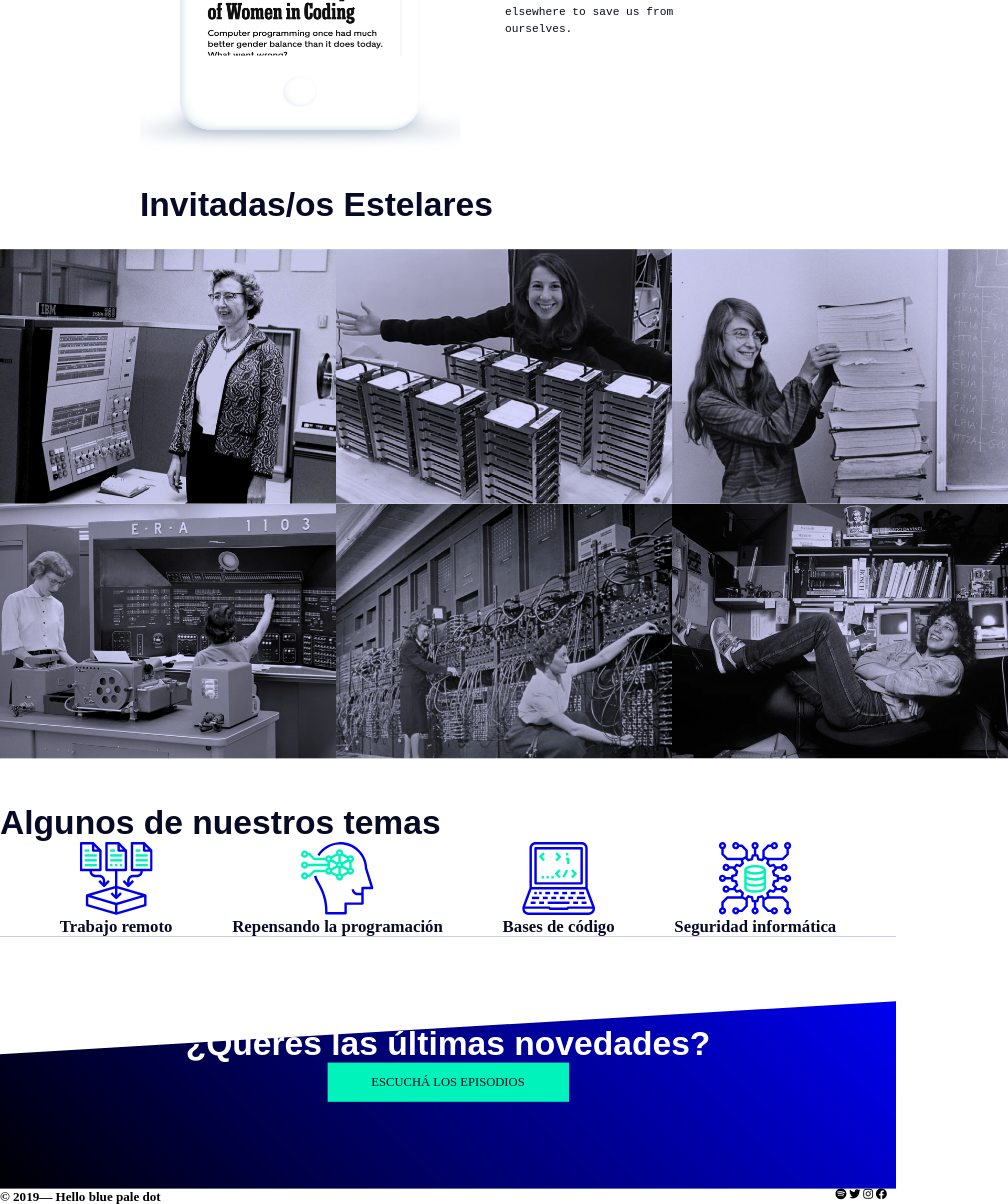
Repository: FedeGA93/podcast
Page: index.html
The author's editor kept a copy of each file at every save. The page is drawn from the files as they stood at one save, then again after a run of saves.
The browser window is 1280 px wide. The page is 1440 px wide, so the pictures cover 1440 px, including what lies to the right of the window. The pictures show the part of the page from y = 1520 to 3240 px (the page is 3240 px tall), at 70% of full size.
Pictures or frames that could not be fetched are drawn as grey boxes. Some web fonts or font styles are not loaded; a fallback is used. Some web libraries are served in a nearby version.

Above is the page before, as saved 2019-11-26 20:57:39.

After the next 3 saves:
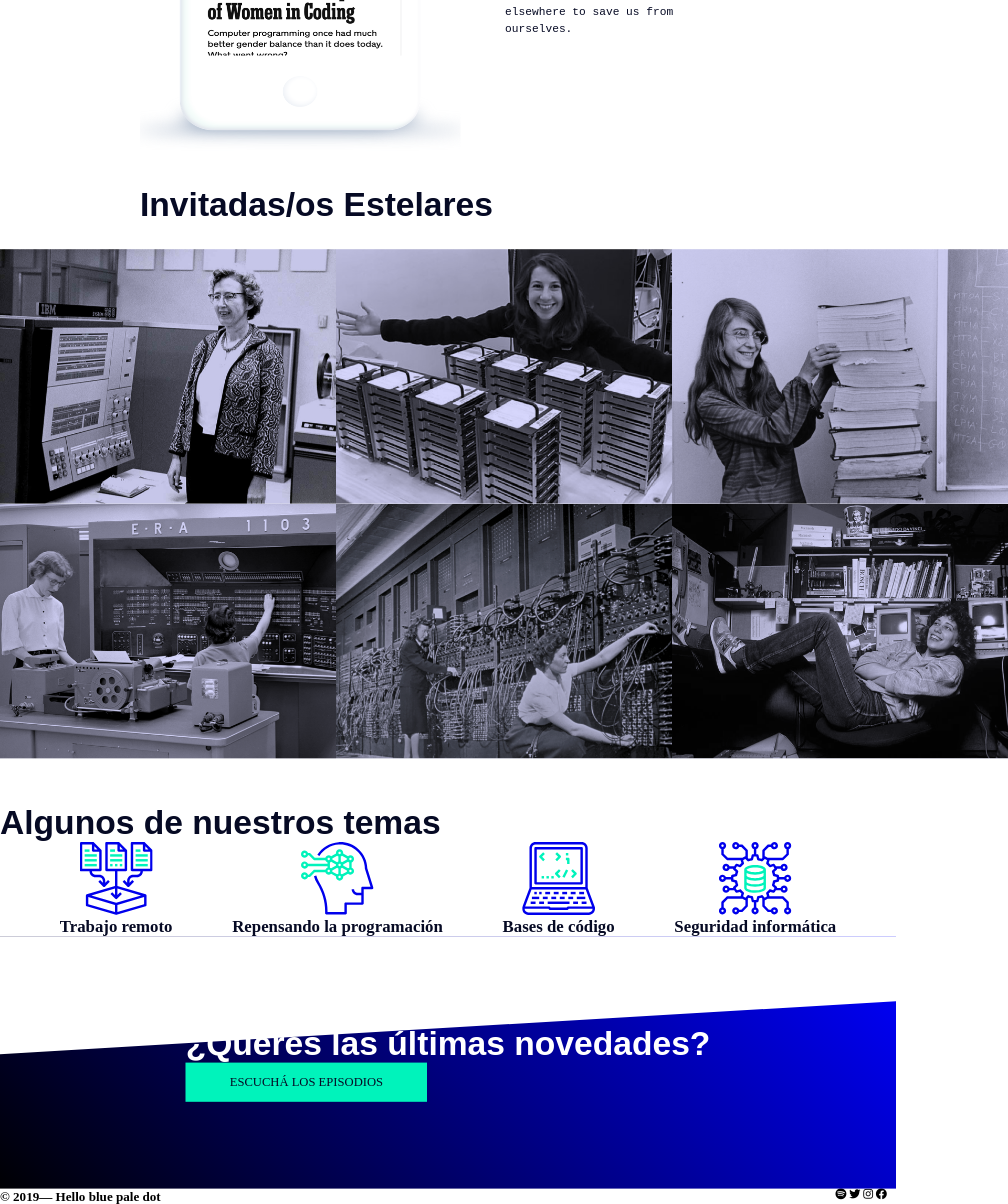
The 3 saves are shown as one change because they came seconds apart.
The last was saved 31 s later.
--- a/index.html
+++ b/index.html
@@ -141,11 +141,12 @@
             </section>
         </div>
     </section>
-    <section>
+
         <div class="fondo-azul-gradiente secfoot">
                 <svg xmlns="http://www.w3.org/2000/svg" viewBox="0 0 100 100" preserveAspectRatio="xMidYMid meet" >
                     <polygon fill="white" points="0,0 1440,0 0,85" />
                 </svg>
+                <section>
             <div>
                 <h2 class="color-blanco center-text">
                     ¿Querés las últimas novedades?

After the save that followed:
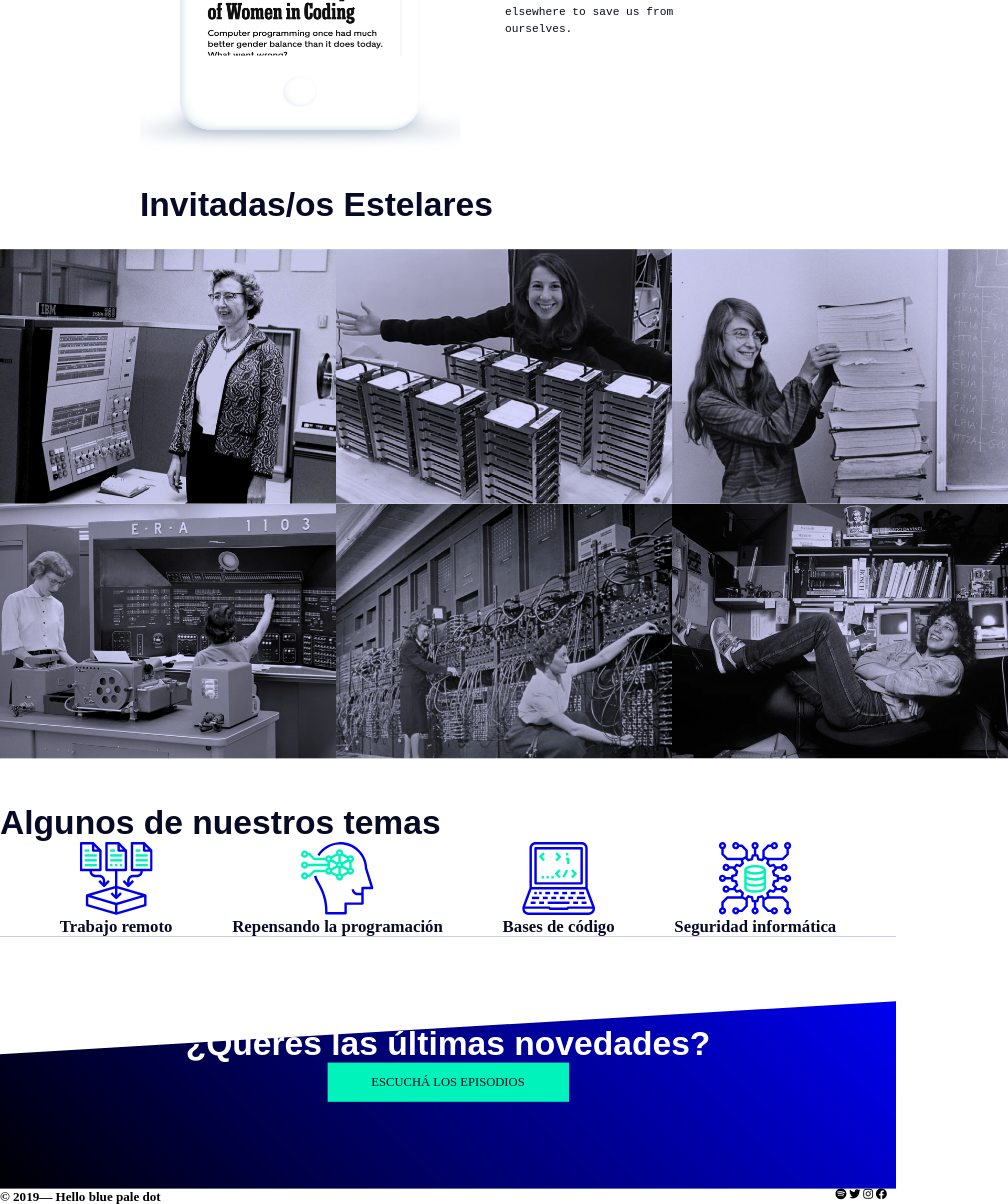
Saved 6 s later.
--- a/index.html
+++ b/index.html
@@ -141,12 +141,12 @@
             </section>
         </div>
     </section>
-
+    <section>
         <div class="fondo-azul-gradiente secfoot">
                 <svg xmlns="http://www.w3.org/2000/svg" viewBox="0 0 100 100" preserveAspectRatio="xMidYMid meet" >
                     <polygon fill="white" points="0,0 1440,0 0,85" />
                 </svg>
-                <section>
+
             <div>
                 <h2 class="color-blanco center-text">
                     ¿Querés las últimas novedades?
